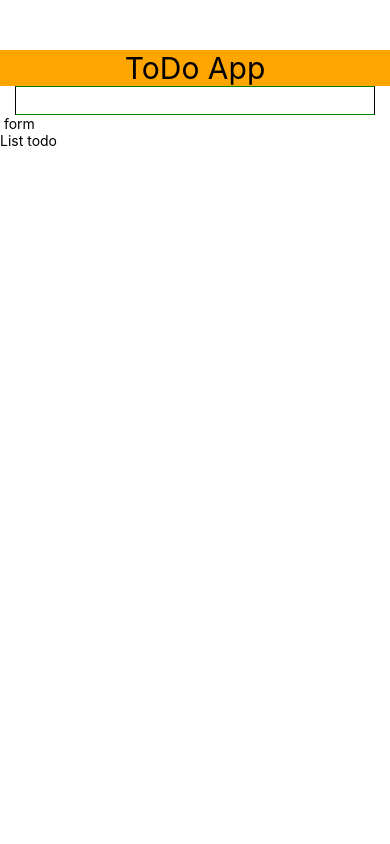
Repository: Ducbii4202/React-Native
Screen: /review-detail
These files come from the project's save history. The screen is drawn as it stood at one moment and after the next save; the edit follows.
The app was drawn by React Native's web renderer in a window 390 px wide. The project was rebuilt for these pictures with package versions that can differ from the ones it lists, and the page was loaded fresh each time.

Above is the screen before, as saved 2024-09-15 21:06:38.

After the next save:
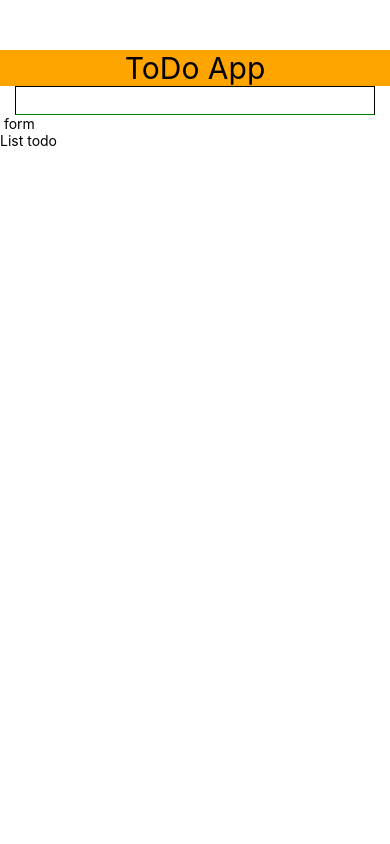
Saved 21 s later.
--- a/App.tsx
+++ b/App.tsx
@@ -44,9 +44,10 @@ const styles = StyleSheet.create({
   },
   todoInput: {
     borderWidth: 1,
-    borderBlockColor: 'green',
+    borderBottomColor: 'green',
     padding: 5,
     marginHorizontal: 15,
+
   }
 
 });
